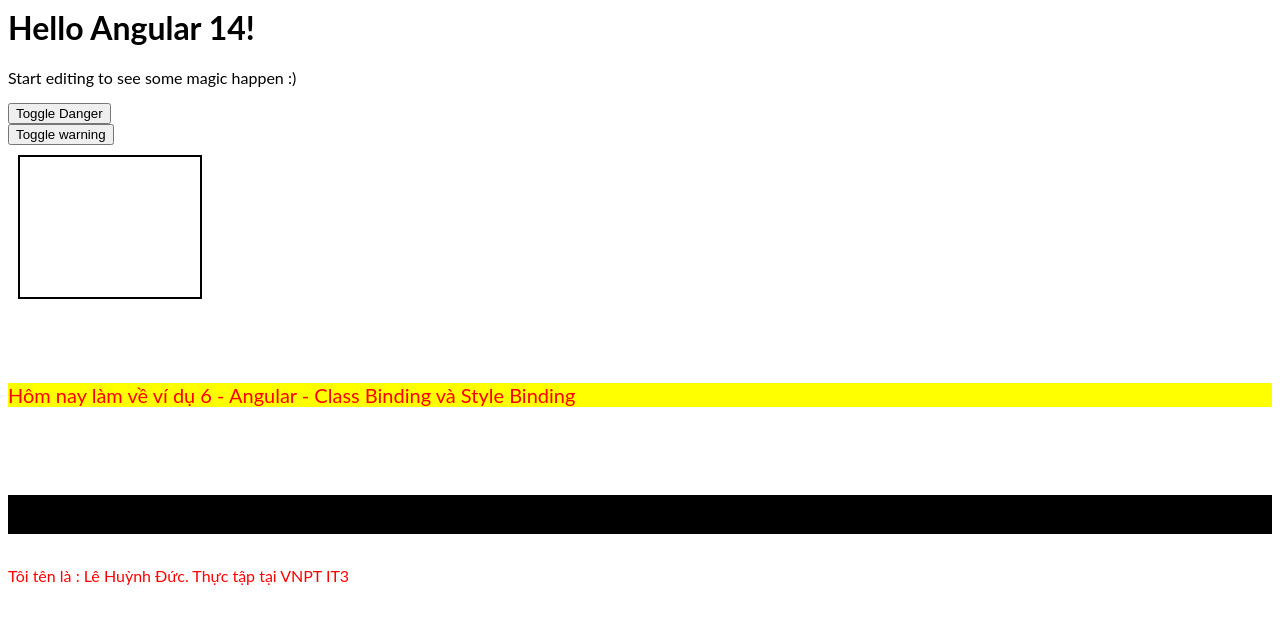
Repository: leduc24/baitap-angular100day
Page: / (app in angular_bai6/)
The author's editor kept a copy of each file at every save. The page is drawn from the files as they stood at one save, then again after the next save.
The browser window is 1280 px wide. The pictures show the whole page.
The project was rebuilt for these pictures with package versions that can differ from the ones it lists, and the page was loaded fresh each time. Also part of the build but not shown: angular_bai6/angular.json.

Above is the page before, as saved 2022-07-03 17:43:42.

After the next save:
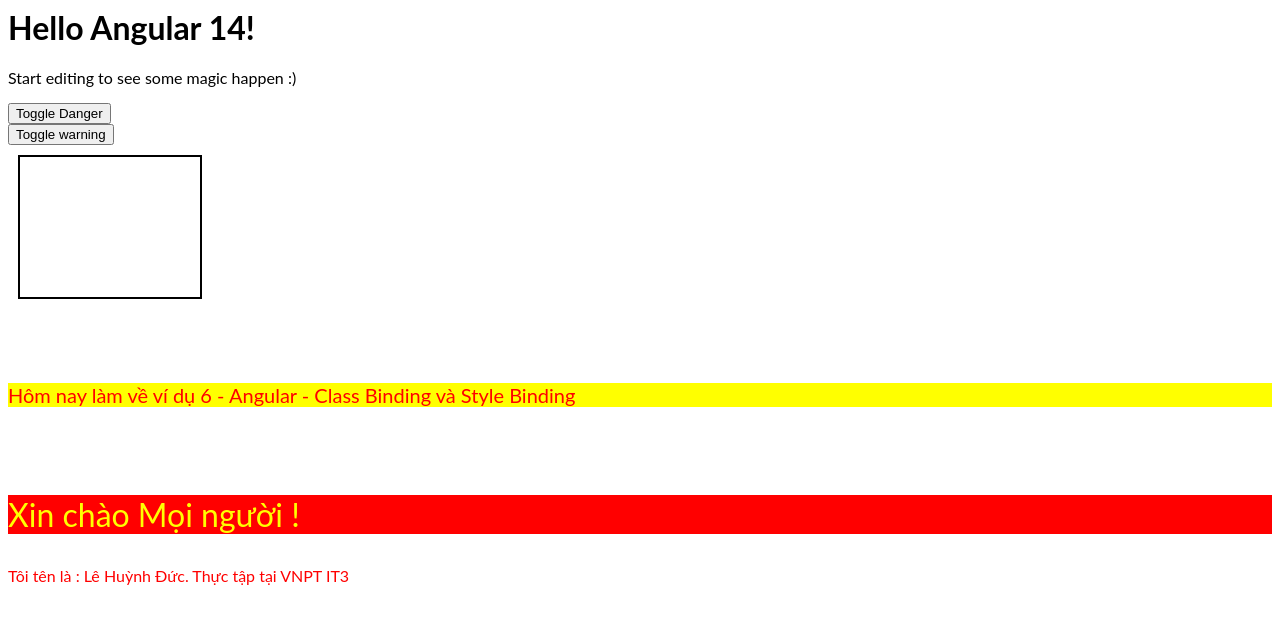
Saved 45 s later.
--- a/angular_bai6/src/app/app.component.html
+++ b/angular_bai6/src/app/app.component.html
@@ -37,7 +37,7 @@
  Hôm nay làm về ví dụ 6 - Angular - Class Binding và Style Binding
 </p>
 <br> <br>
-<p [style] = "{color: 'While', backgroundColor: 'black', fontSize: '2rem' }" >
+<p [style] = "{color: 'yellow', backgroundColor: 'red', fontSize: '2rem' }" >
   Xin chào Mọi người !
 </p>
 <p style="color:red " >
